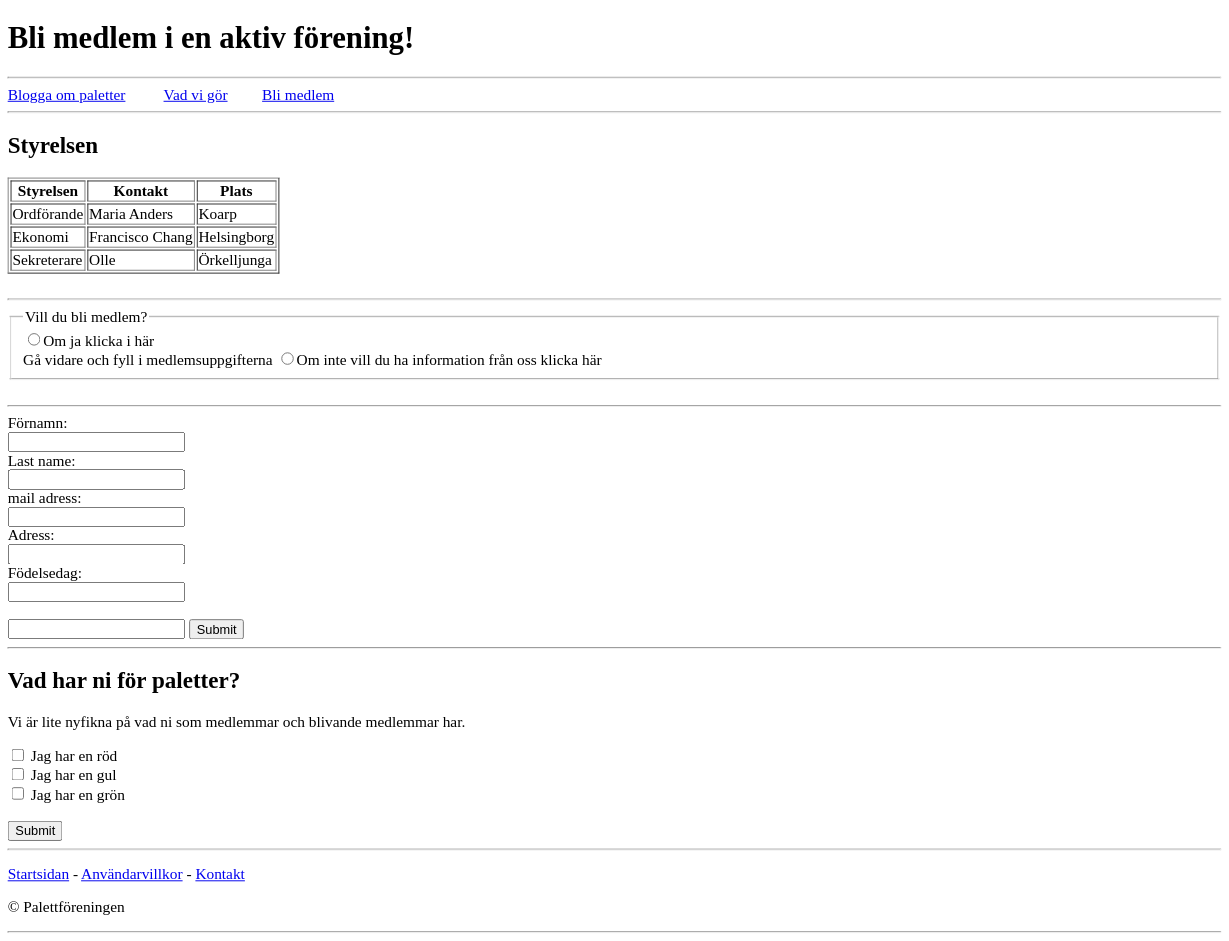
Repository: Webutveckling-20-21/Uppgift-1
Page: medlemskap.html
These files come from the project's save history. The page is drawn as it stood at one moment and after the next save; the edit follows.
The browser window is 1280 px wide. The pictures show the whole page, at 96% of full size.

Above is the page before, as saved 2021-09-07 22:10:20.

### medlemskap.html
<!DOCTYPE html>
<html lang="en">

<head>
    <meta charset="UTF-8">
    <meta name="viewport" content="width=device-width, initial-scale=1.0">
    <title>Palettföreningen</title>
</head>

<body>
    <header>
        <h1>Bli medlem i en aktiv förening!</h1>
        <hr>
        <a href="blogg.html">Blogga om paletter</a> &nbsp;&nbsp;&nbsp;&nbsp;&nbsp;&nbsp;&nbsp;&nbsp; <a
            href="verksamheten.html">Vad vi gör</a>&nbsp;&nbsp;&nbsp;&nbsp;&nbsp;&nbsp;&nbsp;&nbsp;
        <a href="medlemskap.html">Bli medlem</a>

    </header>
    <hr>
    <main>
        <h2>Styrelsen</h2>

        <table border="1">
            <tr>
                <th>Styrelsen</th>
                <th>Kontakt</th>
                <th>Plats</th>
            </tr>
            <tr>
                <td>Ordförande</td>
                <td>Maria Anders</td>
                <td>Koarp</td>
            </tr>
            <tr>
                <td>Ekonomi</td>
                <td>Francisco Chang</td>
                <td>Helsingborg</td>
            </tr>
            <tr>
                <td>Sekreterare</td>
                <td>Olle</td>
                <td>Örkelljunga</td>
            </tr>
        </table> <br>
        <hr>

        <form method="post">
            <fieldset>
                <legend>Vill du bli medlem?</legend>
                <label><input type="radio" name="radio">Om ja klicka i här</label><br>
                Gå vidare och fyll i medlemsuppgifterna</a>
                <label><input type="radio" name="radio">Om inte vill du ha information från oss klicka här</label>
            </fieldset> <br>
            <hr>
            <label for="fname">Förnamn:</label><br>
            <input type="text" id="text" name="text" value=""><br>
            <label for="lname">Last name:</label><br>
            <input type="text" id="text" name="text" value=""><br>

            <label for="fname">mail adress:</label><br>
            <input type="text" id="text" name="text" value=""><br>
            <label for="text">Adress:</label><br>
            <input type="text" id="text" name="text" value=""><br>
            <label for="text">Födelsedag:</label><br>
            <input type="text" id="text" name="text" value=""><br> <br>

            <input type="email" id="email" name="email"
                multiple> <input type="submit" value="Submit">
        </form>


    </main>
    <hr>
    <aside>
        <h2>Vad har ni för paletter?</h2>
        <p>Vi är lite nyfikna på vad ni som medlemmar och blivande medlemmar har.</p>

        <form>
            <input type="checkbox" id="red" name="red" value="red">
            <label for="red"> Jag har en röd</label><br>
            <input type="checkbox" id="yellow" name="yellow" value="yellow">
            <label for="yellow">Jag har en gul</label><br>
            <input type="checkbox" id="green" name="green" value="green">
            <label for="green"> Jag har en grön</label><br><br>
            <input type="submit" value="Submit">
        </form>




    </aside>
    <hr>
    <footer>
        <nav>
            <p>
                <a href="blogg.html">Startsidan</a> -
                <a href="villkor.html">Användarvillkor</a> -
                <a href="kontakt.html">Kontakt</a>
            </p>
        </nav>
        <p> &copy; Palettföreningen</p>

    </footer>
    <hr>

</body>


</html>

After the next save:
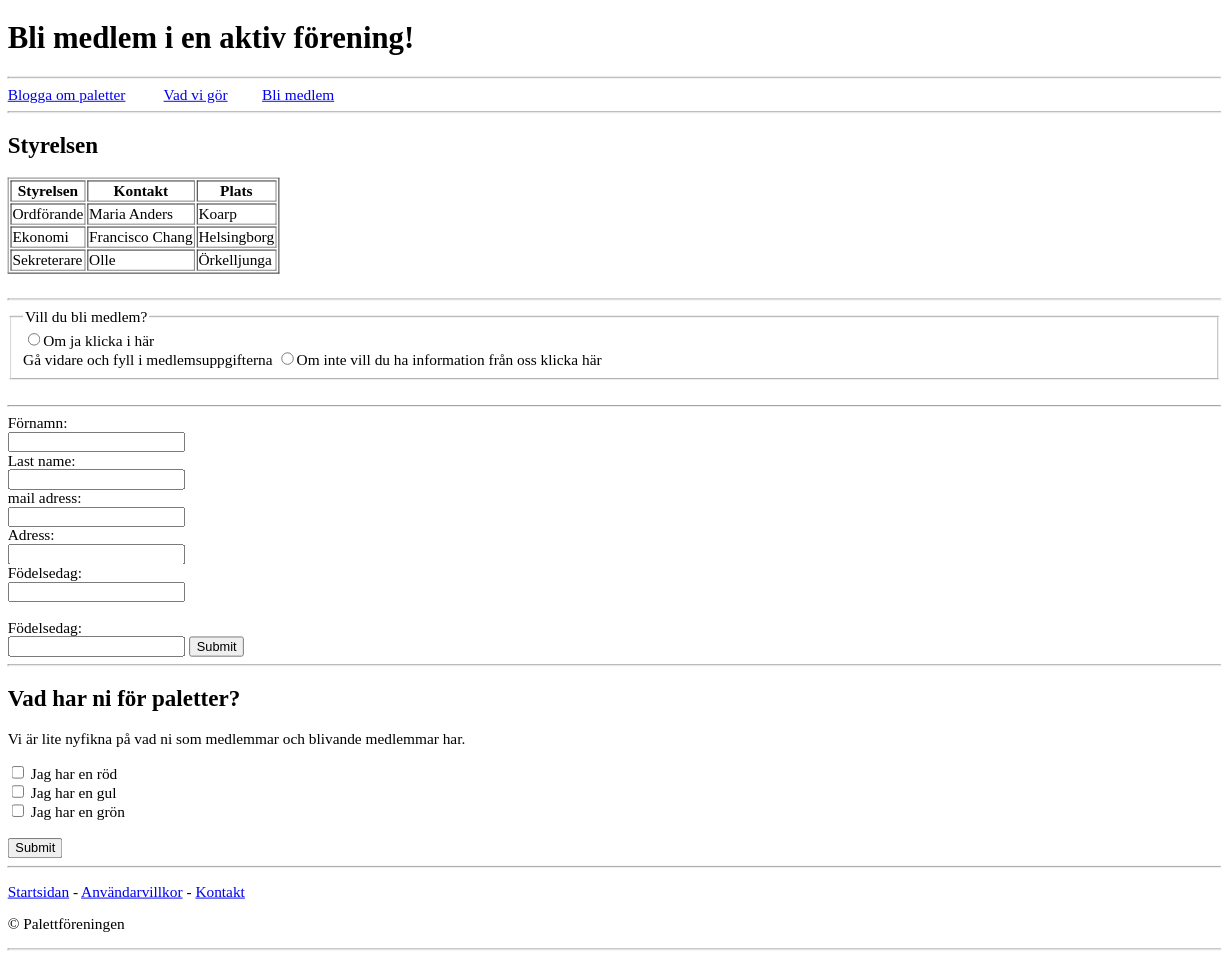
Saved 4 s later.
--- a/medlemskap.html
+++ b/medlemskap.html
@@ -63,7 +63,7 @@
             <input type="text" id="text" name="text" value=""><br>
             <label for="text">Födelsedag:</label><br>
             <input type="text" id="text" name="text" value=""><br> <br>
-
+            <label for="text">Födelsedag:</label><br>
             <input type="email" id="email" name="email"
                 multiple> <input type="submit" value="Submit">
         </form>
